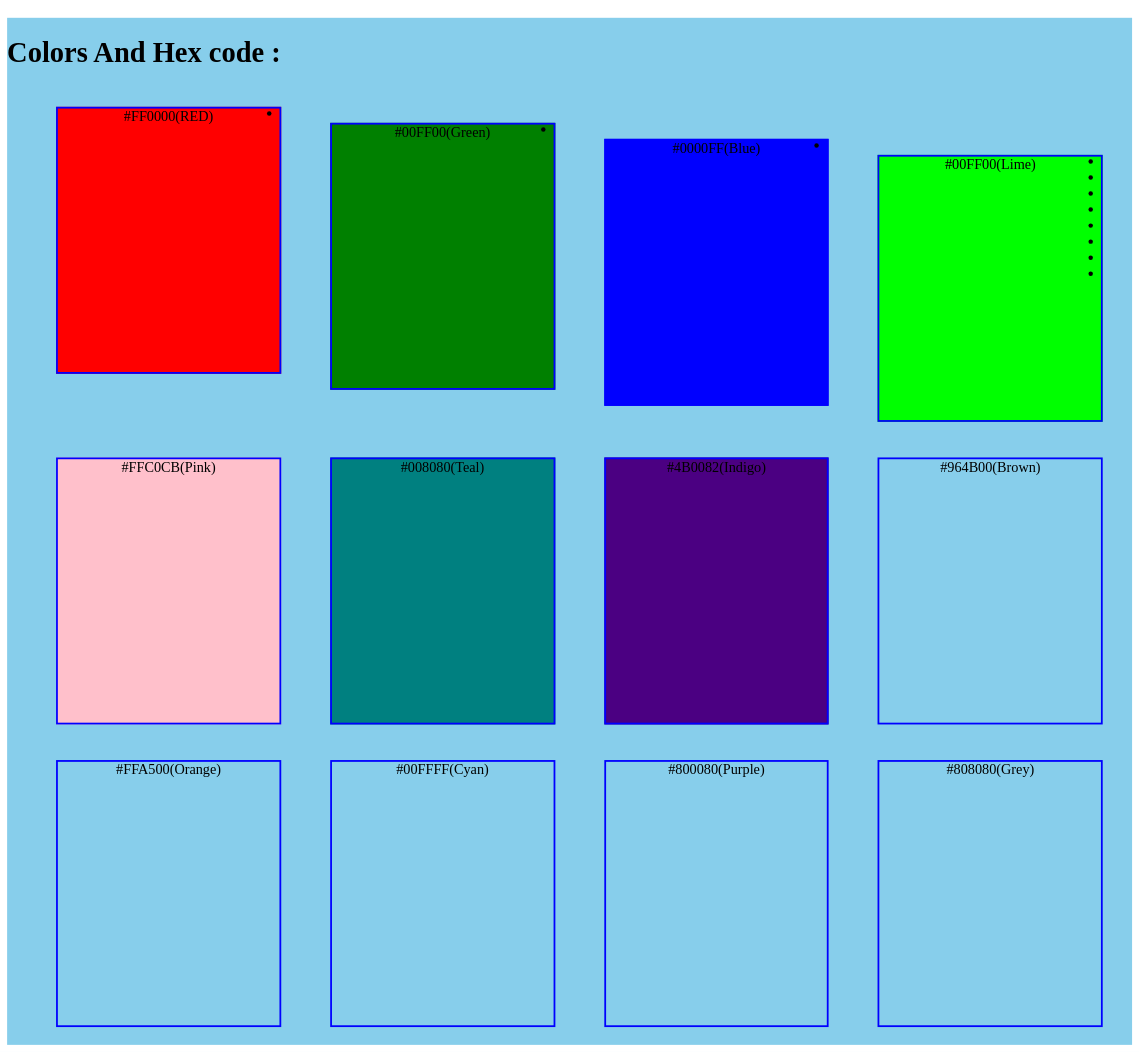
Repository: MintuKrishnan/subrahmanyam-batch
Page: front-end/position/index.html
The author's editor kept a copy of each file at every save. The page is drawn from the files as they stood at one save, then again after the next save.
The browser window is 1280 px wide. The pictures show the whole page, at 89% of full size.

Above is the page before, as saved 2021-03-04 10:13:47.

After the next save:
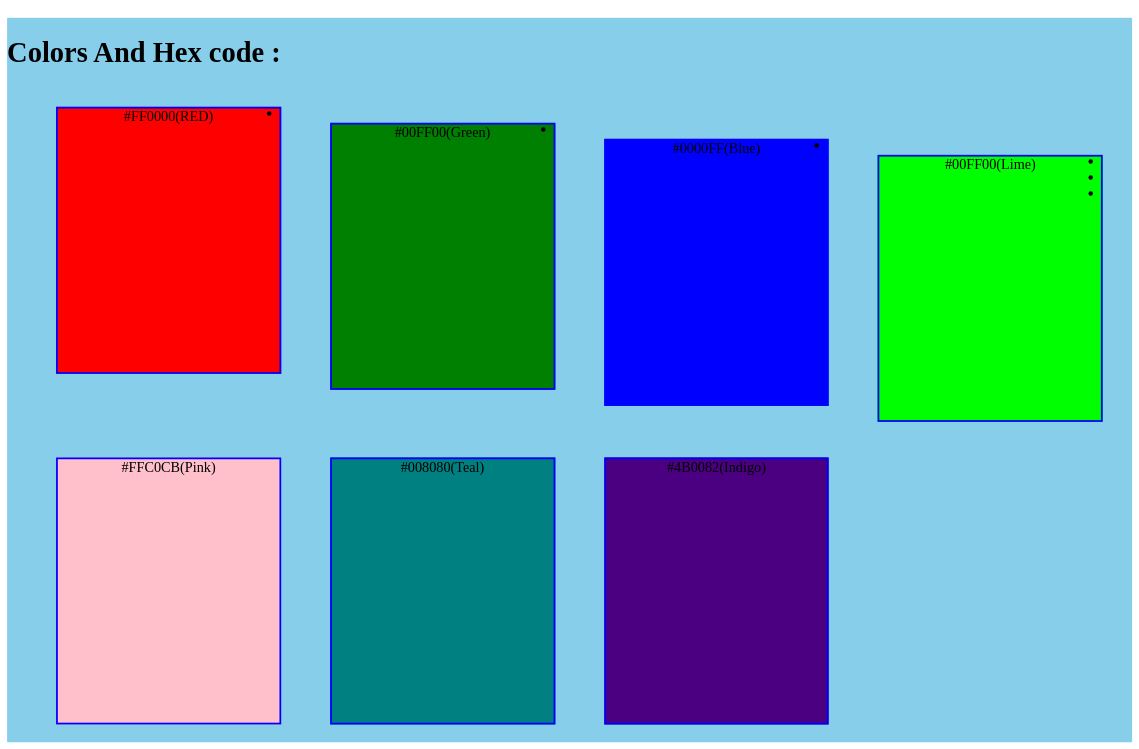
Saved 5 s later.
--- a/front-end/position/index.html
+++ b/front-end/position/index.html
@@ -35,11 +35,7 @@
             <li> <div class="property bottom5"> #FFC0CB(Pink)</div> </li>
             <li> <div class="property bottom6"> #008080(Teal)</div> </li>
             <li> <div class="property bottom7"> #4B0082(Indigo)</div> </li>
-            <li> <div class="property bottom8"> #964B00(Brown)</div> </li>
-            <li> <div class="property bottom9"> #FFA500(Orange)</div> </li>
-            <li> <div class="property bottom10"> #00FFFF(Cyan)</div> </li>
-            <li> <div class="property bottom11"> #800080(Purple)</div> </li>
-            <li> <div class="property bottom12"> #808080(Grey)</div> </li>
+
         </ul>
     </div>
 
